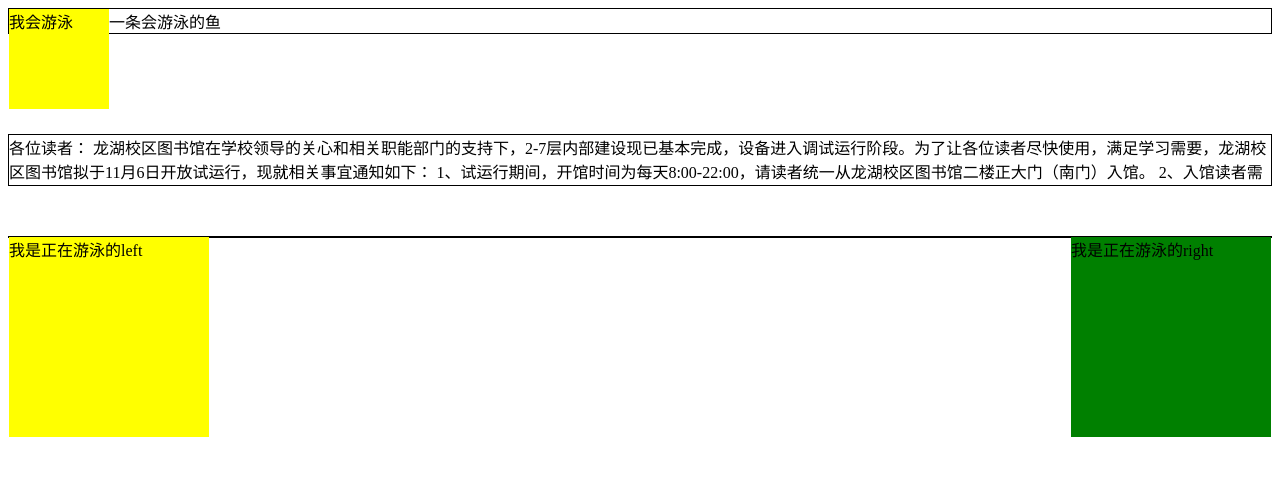
Repository: nanvon/front-end_byhuawei
Page: CSS浮动.html
These files come from the project's save history. The page is drawn as it stood at one moment and after a run of saves; the edit follows.
The browser window is 1280 px wide. The pictures show the whole page.

Above is the page before, as saved 2020-12-09 21:34:57.

### CSS浮动.html
<!DOCTYPE html>
<html lang="en">

<head>
    <meta charset="UTF-8">
    <meta name="viewport" content="width=device-width, initial-scale=1.0">
    <title>CSS浮动</title>
    <style>
        .box {
            border: 1px solid black;
            margin-bottom: 100px;
        }

        .swim {
            width: 100px;
            height: 100px;
            background: yellow;
            /* float: right; */
            float: left;
        }
        .box1{
            border: 1px solid black;
            margin-top: 50px;
            /* overflow: hidden; */
        }
        .left{
            width: 200px;
            height: 200px;
            background: yellow;
            float: left;
        }
        .right{
            width: 200px;
            height: 200px;
            background: green;
            float: right;
        }
        .clearfix::after{
            content: "";
            clear:both;
            display: block;
        }

        .clear{
            /* clear: both; */
        }
        .box2{
            border: 1px solid black;
            height: 50px;
            overflow: scroll;
            margin-top: 50px;
        }
    </style>
</head>

<body>
    <div class="box">一条会游泳的鱼
        <div class="swim">我会游泳</div>
    </div>


    <div class="box2">各位读者：

        龙湖校区图书馆在学校领导的关心和相关职能部门的支持下，2-7层内部建设现已基本完成，设备进入调试运行阶段。为了让各位读者尽快使用，满足学习需要，龙湖校区图书馆拟于11月6日开放试运行，现就相关事宜通知如下：

        1、试运行期间，开馆时间为每天8:00-22:00，请读者统一从龙湖校区图书馆二楼正大门（南门）入馆。

        2、入馆读者需持本人一卡通刷卡入馆。

        3、先期开放2层大厅、3层自修室、3层期刊室、4层新书库供读者自修、阅读。5-7层各书库还在紧张建设中，暂时不开展图书借还业务。

        4、新馆试运行期间，有问题请及时向二层服务台值班老师咨询。

        龙湖校区图书馆将尽最大努力实现早日正常开放，待工作全部完成后，一个全开放、环境舒适、人性化的学习空间将提供在广大读者。

        希望广大读者给予的理解、支持和配合，同时欢迎广大读者对试运行提出宝贵意见和建议。

        <em>图书馆</em>

        2020年11月3日</div>

        <div class="box1">
            <div class="left">我是正在游泳的left</div>
            <div class="right">我是正在游泳的right</div>
            <div class="clear"></div>

        </div>

</body>

</html>

After the next 5 saves:
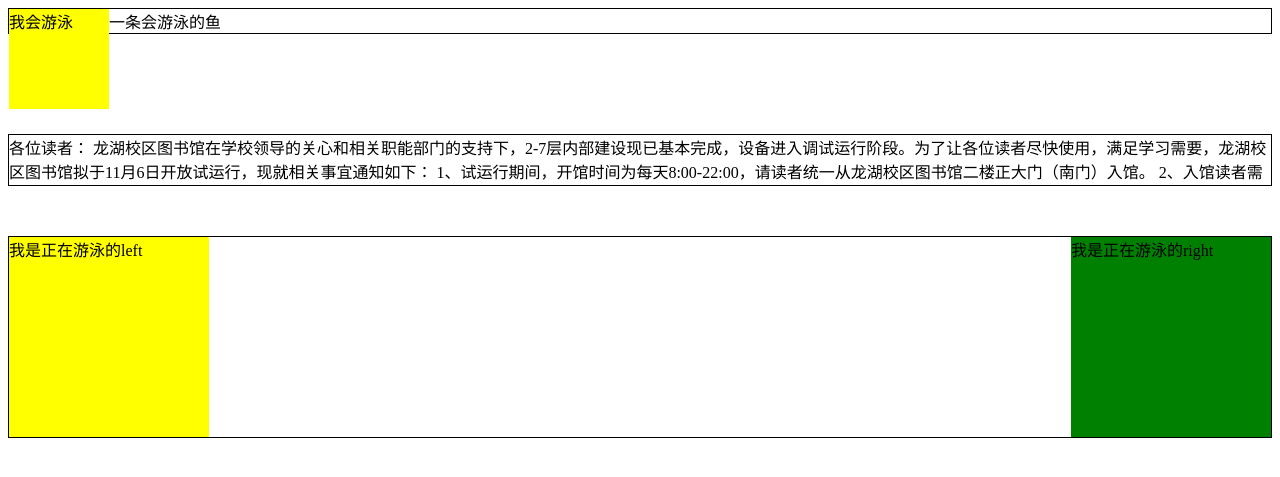
The 5 saves are shown as one change because they came seconds apart.
The last was saved 17 s later.
--- a/CSS浮动.html
+++ b/CSS浮动.html
@@ -79,7 +79,7 @@
 
         2020年11月3日</div>
 
-        <div class="box1">
+        <div class="box1 clearfix">
             <div class="left">我是正在游泳的left</div>
             <div class="right">我是正在游泳的right</div>
             <div class="clear"></div>

After the 4 saves that followed:
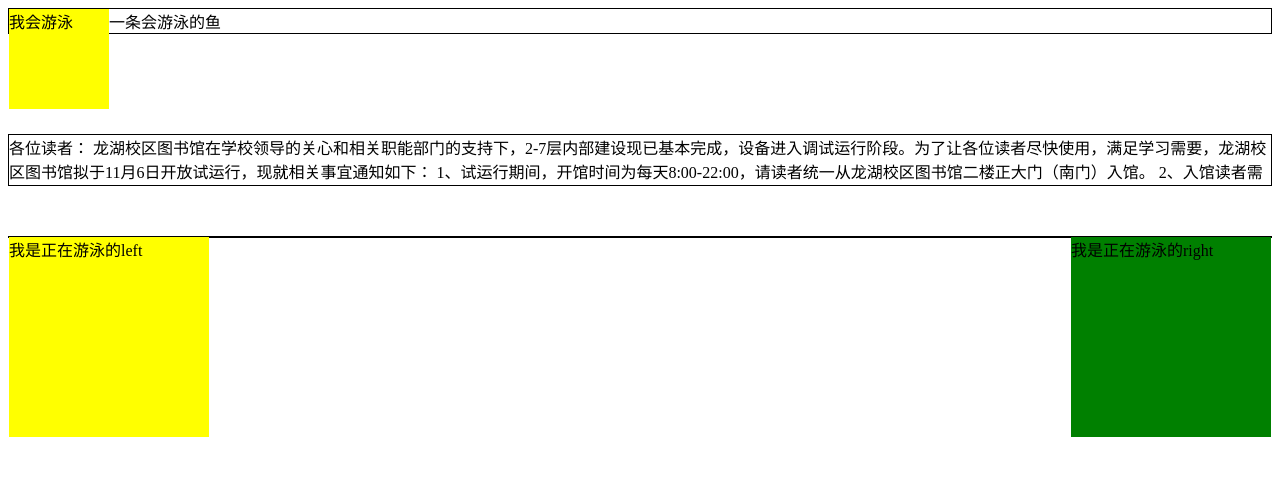
The 4 saves are shown as one change because 3 left the picture as it was.
The last was saved 3 min 40 s later.
--- a/CSS浮动.html
+++ b/CSS浮动.html
@@ -35,11 +35,11 @@
             background: green;
             float: right;
         }
-        .clearfix::after{
+        /* .clearfix:after{
             content: "";
             clear:both;
             display: block;
-        }
+        } */
 
         .clear{
             /* clear: both; */
